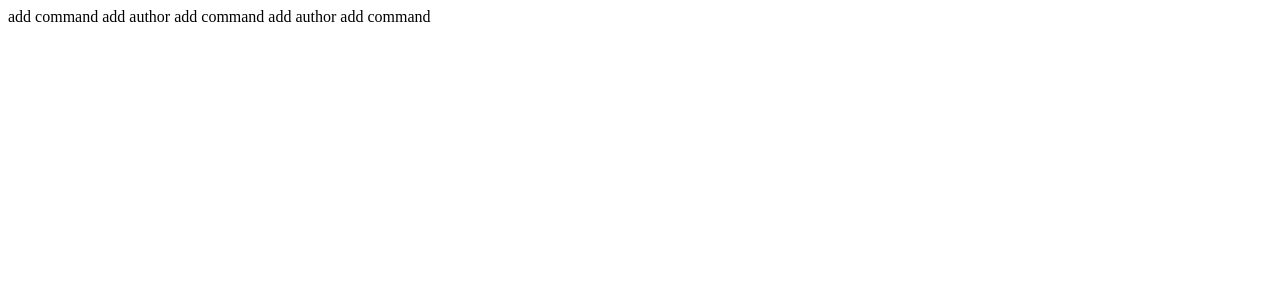
Repository: lyp132/learngit
Page: hello.html
An editor plug-in stored every save of this project. The page is shown before and after the next save, followed by the edit.
The browser window is 1280 px wide. The pictures show the whole page.

Above is the page before, as saved 2024-04-07 14:43:07.

After the next save:
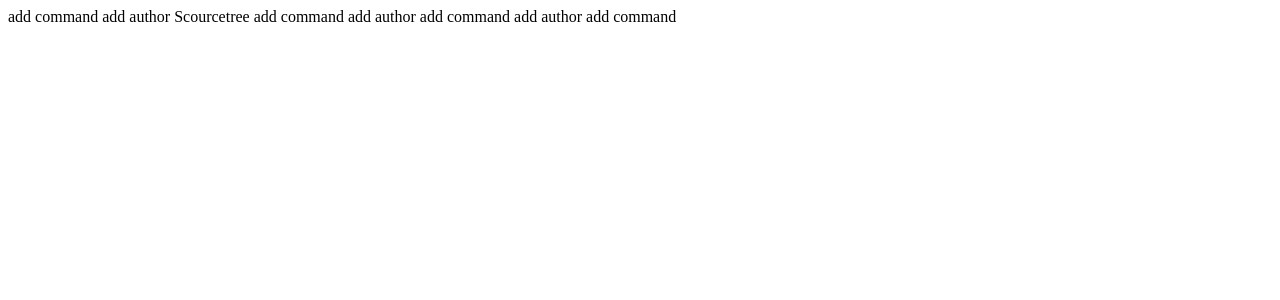
Saved 48 s later.
--- a/hello.html
+++ b/hello.html
@@ -1,3 +1,6 @@
+add command
+add author
+Scourcetree
 add command
 add author
 add command
